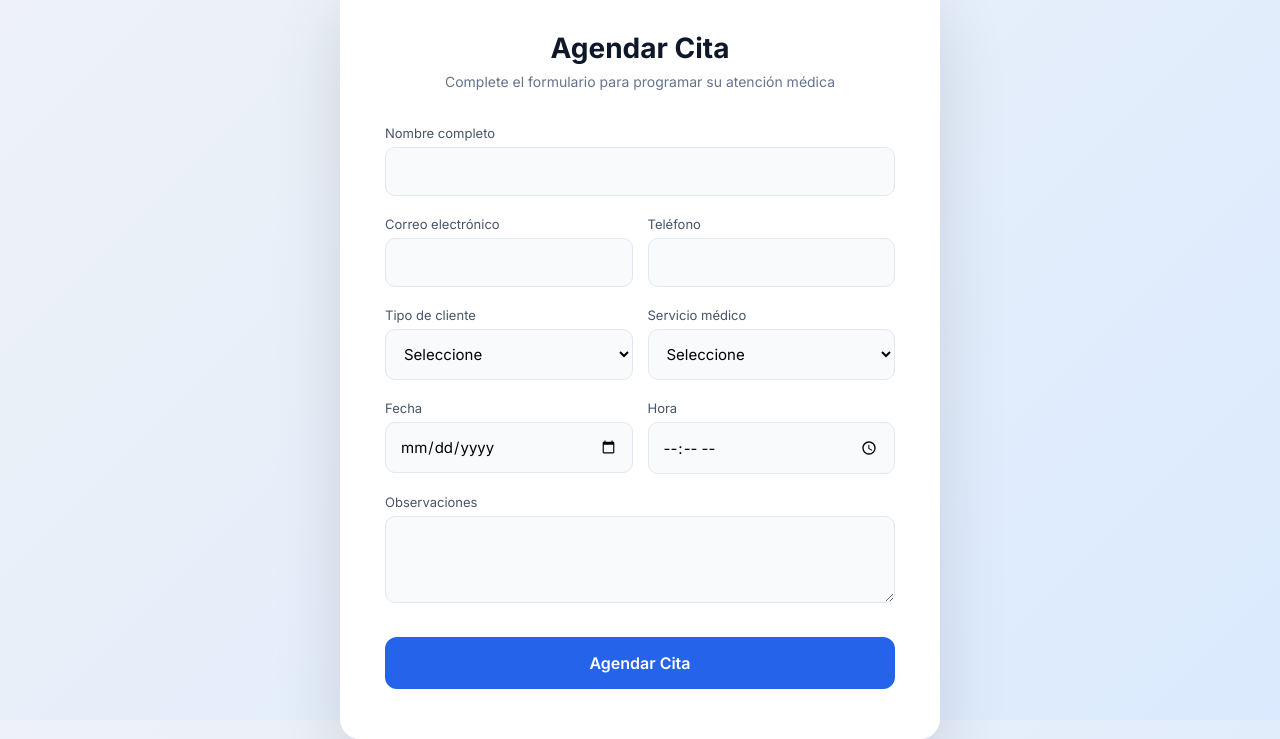
Repository: Miguelperdomo/Biocenter
Page: http://localhost/public_html/formulario.php
An editor plug-in stored every save of this project. The page is shown before and after the next save, followed by the edit.
The browser window is 1280 px wide. The pictures show the whole page.
The page is run by PHP 8.4 with error messages shown; the project is at /var/www/html/.

Above is the page before, as saved 2026-02-17 12:10:12.

### formulario.php
<!DOCTYPE html>
<html lang="es">
<head>
<meta charset="UTF-8">
<meta name="viewport" content="width=device-width, initial-scale=1.0">
<title>Agendar Cita | Biocenter</title>

<link href="https://fonts.googleapis.com/css2?family=Inter:wght@300;400;600;700&display=swap" rel="stylesheet">

<style>

*{
    margin:0;
    padding:0;
    box-sizing:border-box;
    font-family:'Inter', sans-serif;
}

body{
    height:100vh;
    display:flex;
    justify-content:center;
    align-items:center;
    background:linear-gradient(135deg,#eef2f7,#dbeafe);
}

/* ===== TARJETA ===== */
.card{
    background:white;
    width:100%;
    max-width:600px;
    padding:50px 45px;
    border-radius:20px;
    box-shadow:0 30px 70px rgba(0,0,0,.12);
    animation:fadeIn .7s ease;
}

@keyframes fadeIn{
    from{opacity:0;transform:translateY(40px);}
    to{opacity:1;transform:translateY(0);}
}

.card h1{
    text-align:center;
    font-size:28px;
    margin-bottom:8px;
    color:#0f172a;
}

.subtitle{
    text-align:center;
    color:#64748b;
    font-size:14px;
    margin-bottom:35px;
}

/* ===== INPUTS ===== */
.input-group{
    margin-bottom:20px;
}

.input-group label{
    font-size:13px;
    color:#475569;
    display:block;
    margin-bottom:6px;
}

.input-group input,
.input-group select,
.input-group textarea{
    width:100%;
    padding:14px;
    border-radius:10px;
    border:1px solid #e2e8f0;
    background:#f8fafc;
    font-size:15px;
    transition:.3s;
}

.input-group input:focus,
.input-group select:focus{
    background:white;
    border-color:#2563eb;
    box-shadow:0 0 0 3px rgba(37,99,235,.2);
    outline:none;
}

/* ===== GRID ===== */
.grid{
    display:grid;
    grid-template-columns:1fr 1fr;
    gap:15px;
}

/* ===== BOTÓN ===== */
.btn{
    width:100%;
    padding:16px;
    border:none;
    border-radius:12px;
    background:#2563eb;
    color:white;
    font-size:16px;
    font-weight:600;
    cursor:pointer;
    margin-top:10px;
    transition:.3s;
}

.btn:hover{
    background:#1d4ed8;
    transform:translateY(-2px);
    box-shadow:0 15px 30px rgba(0,0,0,.2);
}

/* ===== RESPONSIVE ===== */
@media(max-width:600px){
    .grid{
        grid-template-columns:1fr;
    }

    .card{
        padding:35px 25px;
    }
}

</style>
</head>

<body>

<div class="card">

<h1>Agendar Cita</h1>
<p class="subtitle">Complete el formulario para programar su atención médica</p>

<form action="guardar_cita.php" method="POST">

<div class="input-group">
<label>Nombre completo</label>
<input type="text" name="nombre" required>
</div>

<div class="grid">

<div class="input-group">
<label>Correo electrónico</label>
<input type="email" name="correo" required>
</div>

<div class="input-group">
<label>Teléfono</label>
<input type="text" name="telefono" required>
</div>

</div>

<div class="grid">

<div class="input-group">
<label>Tipo de cliente</label>
<select name="tipo_cliente" required>
<option value="">Seleccione</option>
<option>Persona natural</option>
<option>Empresa</option>
</select>
</div>

<div class="input-group">
<label>Servicio médico</label>
<select name="servicio" required>
<option value="">Seleccione</option>
<option>Médico ocupacional</option>
<option>Optometría</option>
<option>Audiometría</option>
<option>Laboratorios</option>
</select>
</div>

</div>

<div class="grid">

<div class="input-group">
<label>Fecha</label>
<input type="date" name="fecha" required>
</div>

<div class="input-group">
<label>Hora</label>
<input type="time" name="hora" required>
</div>

</div>

<div class="input-group">
<label>Observaciones</label>
<textarea name="observaciones" rows="3"></textarea>
</div>

<button class="btn">Agendar Cita</button>

</form>

</div>

</body>
</html>

After the next save:
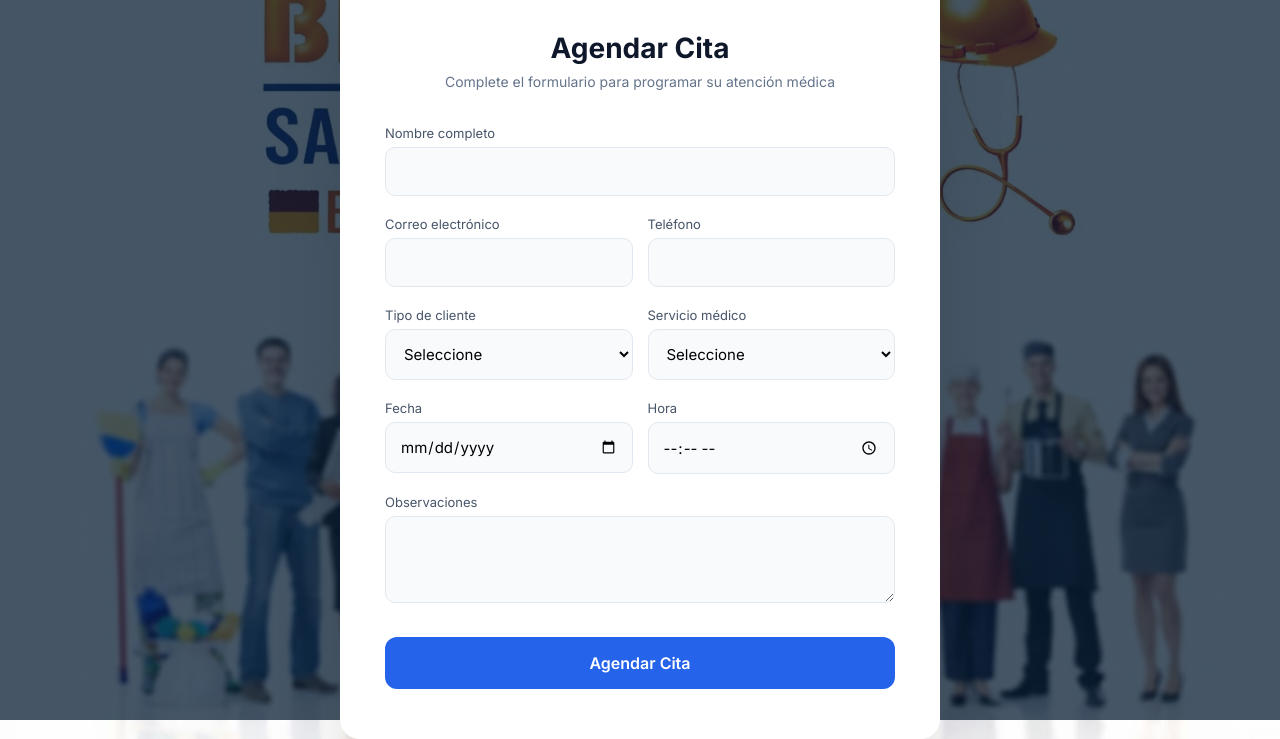
Saved 110 s later.
--- a/formulario.php
+++ b/formulario.php
@@ -21,8 +21,17 @@ body{
     display:flex;
     justify-content:center;
     align-items:center;
-    background:linear-gradient(135deg,#eef2f7,#dbeafe);
-}
+
+    /* IMAGEN DE FONDO */
+    background:
+        linear-gradient(rgba(7,29,51,0.75), rgba(7,29,51,0.75)),
+        url("./imagenes/imagen-nosotros1.jpeg");
+
+    background-size: cover;
+    background-position: center;
+    background-repeat: no-repeat;
+}
+
 
 /* ===== TARJETA ===== */
 .card{
